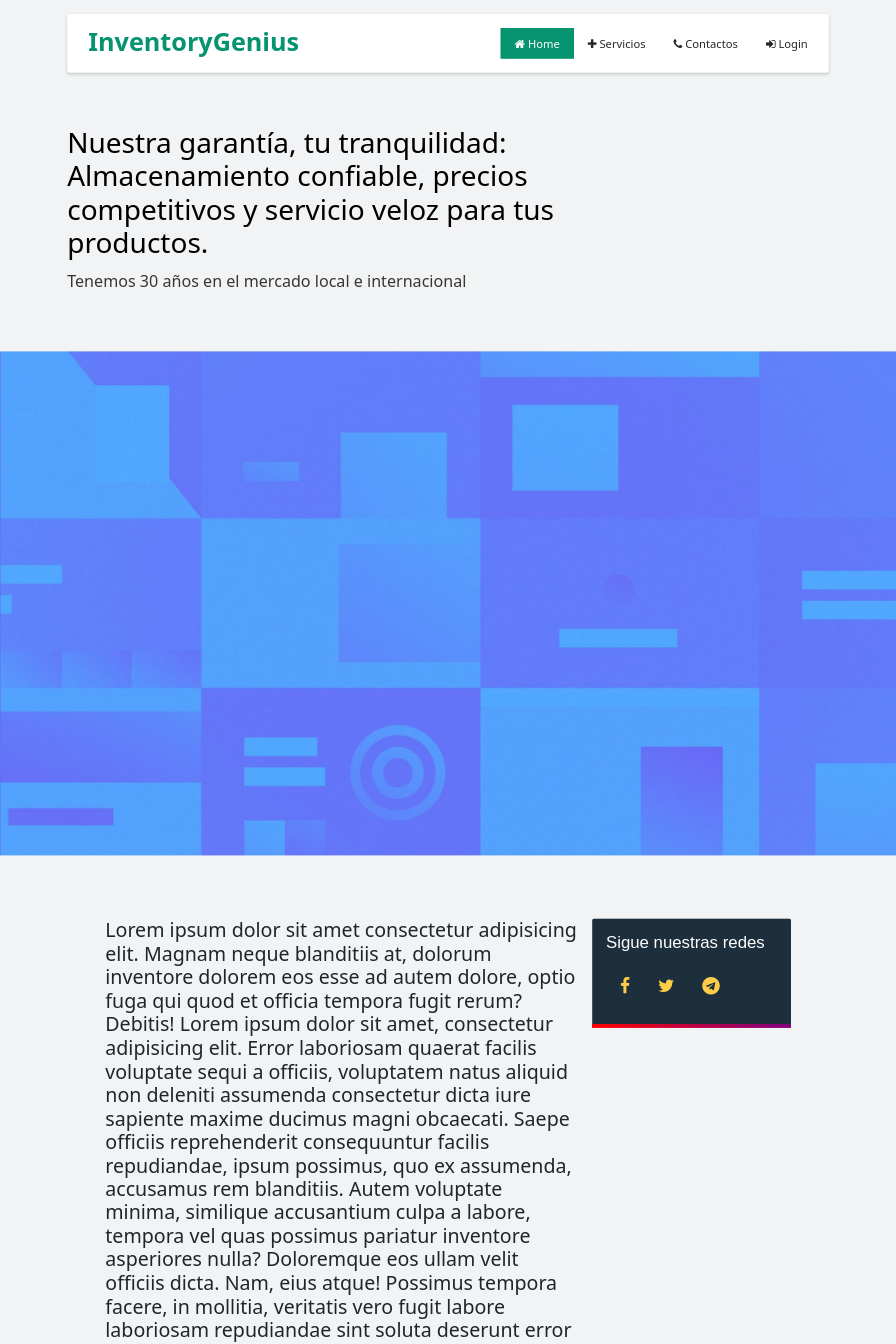
Repository: Sirius018/InventoryGenius
Page: http://localhost/Index
An editor plug-in stored every save of this project. The page is shown before and after the next save, followed by the edit.
The browser window is 1280 px wide. The pictures show the part of the page from y = 0 to 1920 px (the page is 4127 px tall before and 3332 px after), at 70% of full size.
The page is this project's Thymeleaf template; nobody is signed in. The template is opened directly, without the code that normally fills it, so the values that code supplies are empty.

Above is the page before, as saved 2023-06-07 04:47:24.

After the next save:
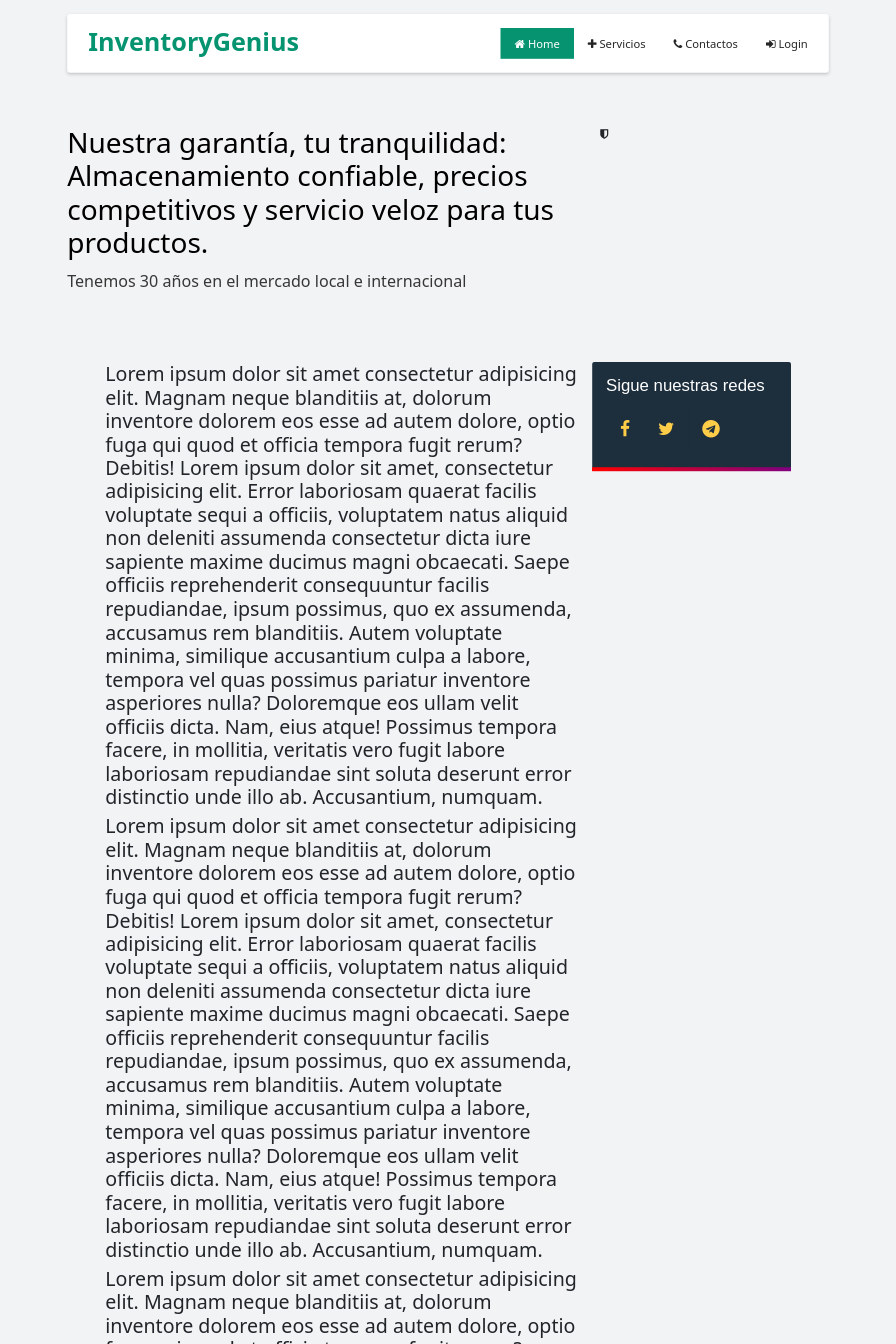
Saved 45 s later.
--- a/ADW/InventoryGenius/src/main/resources/templates/Index.html
+++ b/ADW/InventoryGenius/src/main/resources/templates/Index.html
@@ -292,7 +292,7 @@ footer{
                     <li><a class="active" href="#"><i class="fa fa-home" aria-hidden="true"></i> Home</a></li>
                     <li><a href="#"><i class="fa fa-plus" aria-hidden="true"></i> Servicios</a></li>
                     <li><a href="#"><i class="fa fa-phone" aria-hidden="true"></i> Contactos</a></li>
-                    <li><a href="/home/config"><i class="fa fa-sign-in" aria-hidden="true"></i> Login</a></li>
+                    <li><a href="acount.html"><i class="fa fa-sign-in" aria-hidden="true"></i> Login</a></li>
                 </ul>
             </nav>
             <div class="clearfix"></div>
@@ -304,11 +304,7 @@ footer{
             <div class="lema">
                 <h1>Nuestra garantía, tu tranquilidad: Almacenamiento confiable, precios competitivos y servicio veloz para tus productos. <br><span>Tenemos 30 años en el mercado local e internacional</span></h1>
             </div>
-        </div>
-        <div class="contenedor-imagen">
-            <a href="#blog">
-                <img src="../static/image_home/background.jpeg" alt="Inagen no found">
-            </a>
+            <div class="ipa"><i class="fa fa-shield" aria-hidden="true"></i></div>
         </div>
     </div>
 
